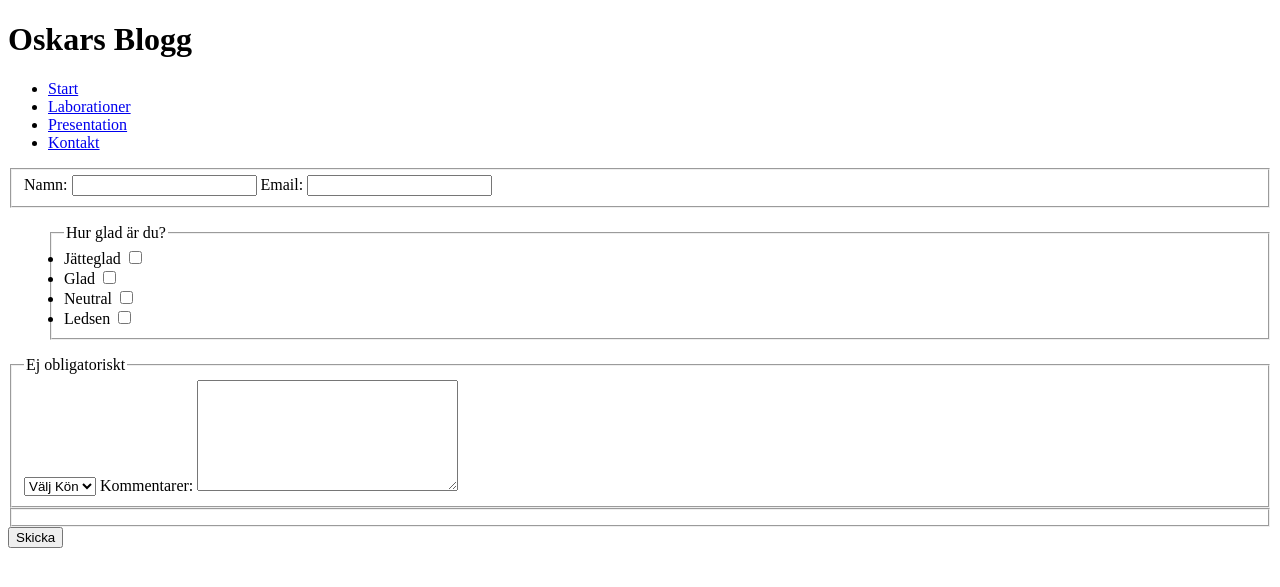
Repository: oe222bu/1ik415-laborationer
Page: Pages/kontakt.html
The author's editor kept a record of every edit. The page is drawn from the files as they stood at one moment, then again after the next edit.
The browser window is 1280 px wide. The pictures show the whole page.

Above is the page before.

### Pages/kontakt.html
<!DOCTYPE HTML>
<html>


<html lang="sv">
<head>
<meta charset="utf-8" />
<title>Webbteknisk labb</title>
</head>
<body>

<h1>Oskars Blogg</h1>
<ul>
<li><a href="../Pics/index.html">Start</a></li>
<li><a href="laborationer.html">Laborationer</a></li>
<li><a href="Presentation.html">Presentation</a></li>
<li><a href="kontakt.html">Kontakt</a></li>
        </ul>


       <form action="http://voyager.lnu.se/tekinet/kurser/dtt/wp_webbintro/form.php" method="POST">
<fieldset>Namn: <input type="text" name="name" id="name" value="" />
          Email: <input type="text" name="email" id="email" value="" /></fieldset>
          <ul>

         <fieldset>
        <legend>Hur glad är du?</legend>
          <li><label for="Jätteglad">Jätteglad</label> <input type="checkbox" name="Jätteglad" id="Jätteglad" value="Jätteglad"></li>
<li><label for="Glad">Glad</label> <input type="checkbox" name="Glad" id="Glad" value="Glad"></li>
          <li><label for="Neutral">Neutral</label> <input type="checkbox" name="Neutral" id="Neutral" value="Neutral"></li>
<li><label for="Ledsen">Ledsen</label> <input type="checkbox" name="Ledsen" id="Ledsen" value="Ledsen"></li>
</ul></fieldset>
<fieldset>
            <legend>Ej obligatoriskt</legend>
          <label for="Kön"></label>
          <select name="Kön" id="Kön">
          <option value="Kön">Välj Kön</option>
          <option value="Man">Man</option>
          <option value="Kvinna">Kvinna</option>
          </select>
          Kommentarer: <textarea name="comments" id="comments" cols="30" rows="7"></textarea>


           </fieldset>
           <fieldset>

           </fieldset>
           <input type="submit" value="Skicka"/>

       </form>







</body>
</html>

After the next edit:
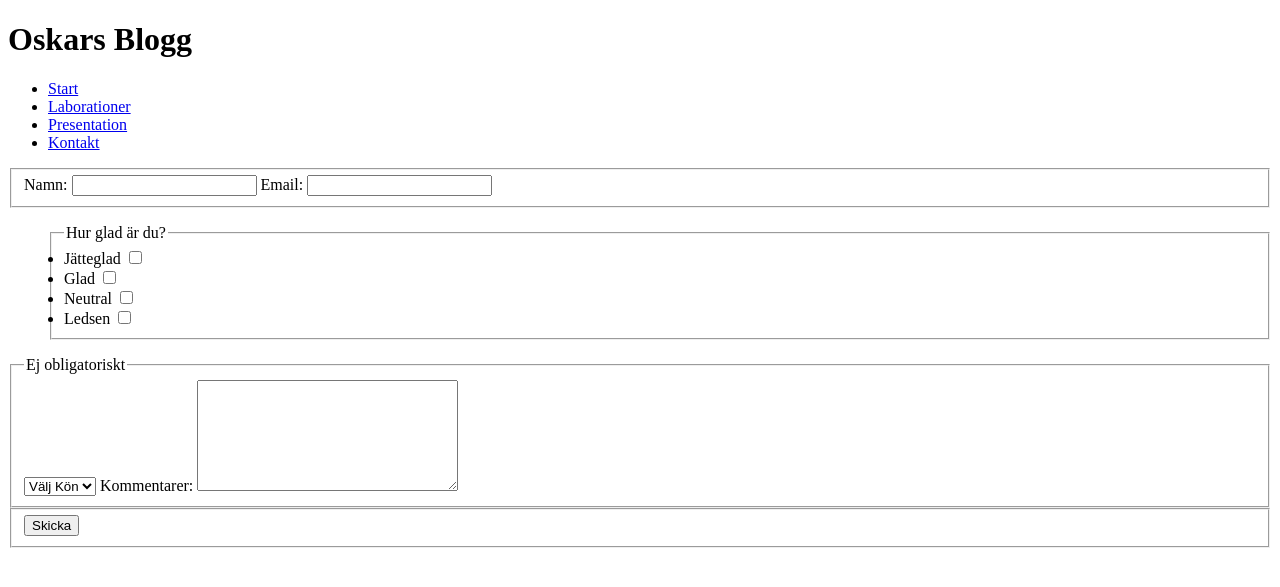
The edit:
--- a/Pages/kontakt.html
+++ b/Pages/kontakt.html
@@ -44,8 +44,9 @@
            </fieldset>
            <fieldset>
 
+
+           <input type="submit" value="Skicka"/>
            </fieldset>
-           <input type="submit" value="Skicka"/>
 
        </form>
 
